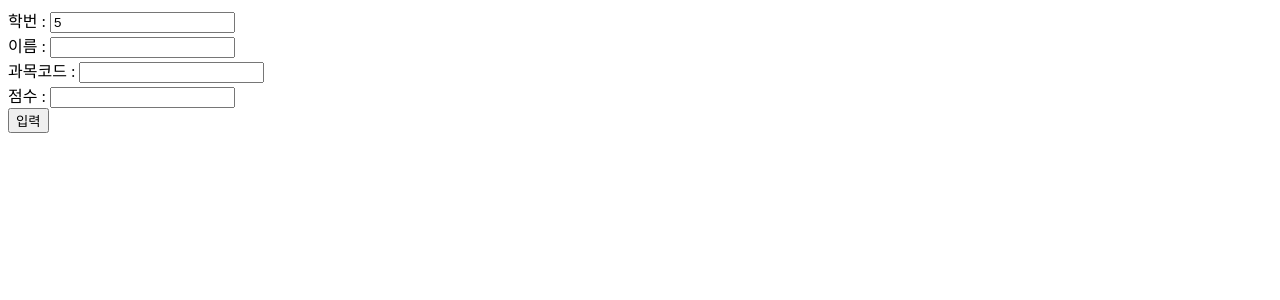
Repository: GitOnibi/jsp
Page: http://localhost/JSPprojec/school/score_input.jsp
An editor plug-in stored every save of this project. The page is shown before and after the next save, followed by the edit.
The browser window is 1280 px wide. The pictures show the whole page.
Empty fields were first filled with sample values (such as "Sample", 5 or name@example.com).
After loading, the first visible `input[onclick="ref();"]` was clicked once.
The page is served by Tomcat 9.

Above is the page before, as saved 2019-01-09 11:07:29.

After the next save:
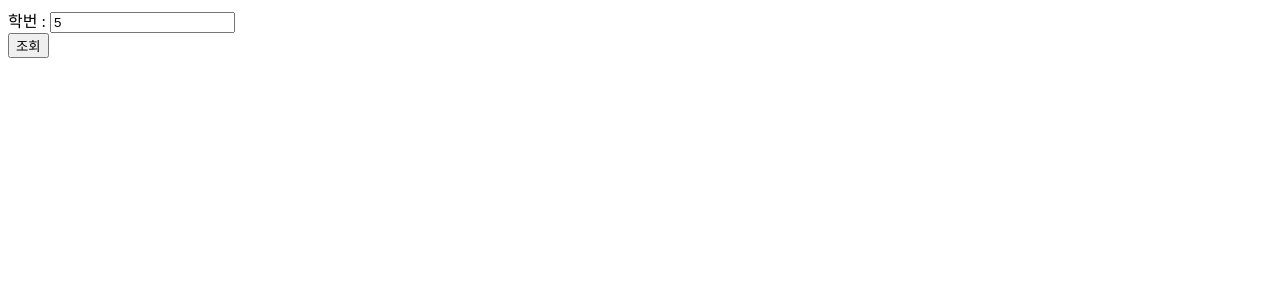
Console error: ReferenceError: ref is not defined
Saved 81 s later.
--- a/JSPprojec/WebContent/school/score_input.jsp
+++ b/JSPprojec/WebContent/school/score_input.jsp
@@ -24,10 +24,5 @@
 	var num1 = document.querySelector("#stu_num1");
 	var num2 = document.querySelector("#stu_num2");
 	var frm1 = document.querySelector("#frm1");
-	var frm2 = document.querySelector("#frm2");
-	var ref = function() {
-		frm2.style.display = "block";
-		num2.value = num1.value;
-		frm1.style.display = "none";
-	}
+
 </script>

After the save that followed:
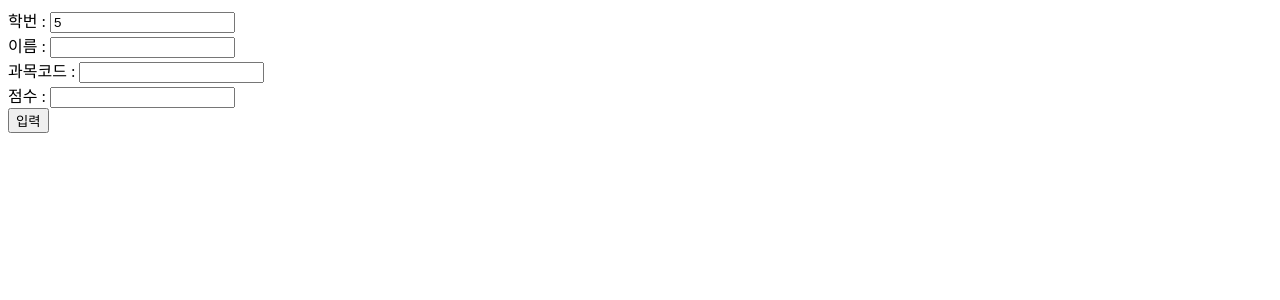
The error is gone.
Saved 4 s later.
--- a/JSPprojec/WebContent/school/score_input.jsp
+++ b/JSPprojec/WebContent/school/score_input.jsp
@@ -24,5 +24,10 @@
 	var num1 = document.querySelector("#stu_num1");
 	var num2 = document.querySelector("#stu_num2");
 	var frm1 = document.querySelector("#frm1");
-
+	var frm2 = document.querySelector("#frm2");
+	var ref = function() {
+		frm2.style.display = "block";
+		num2.value = num1.value;
+		frm1.style.display = "none";
+	}
 </script>
